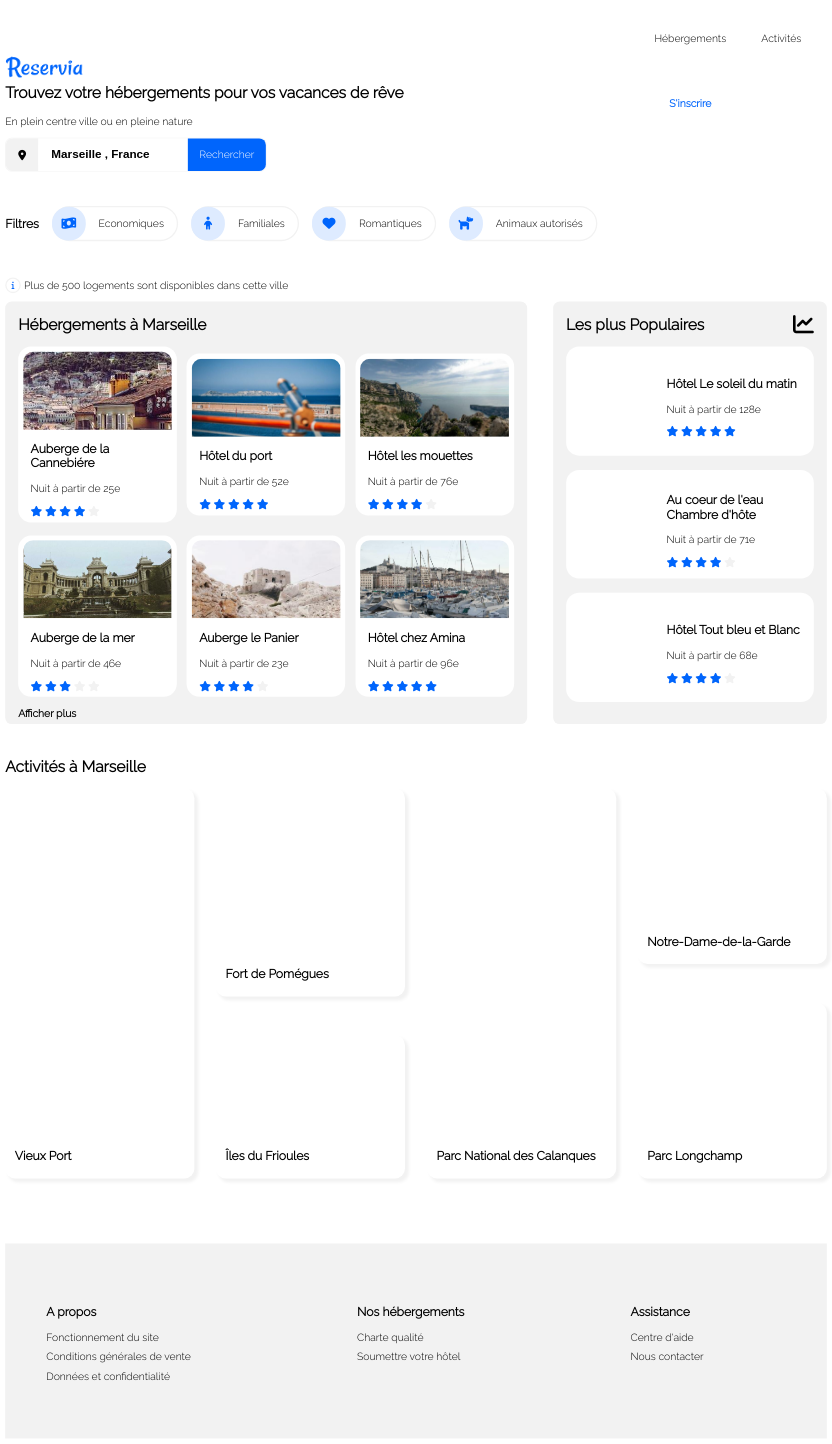
Repository: jaydeeonghub/DYLANBARBARISI_2_16062021
Page: index.html
An editor plug-in stored every save of this project. The page is shown before and after the next save, followed by the edit.
The browser window is 1280 px wide. The pictures show the whole page, at 65% of full size.
Some web libraries are served in a nearby version.

Above is the page before, as saved 2021-07-14 20:35:11.

After the next save:
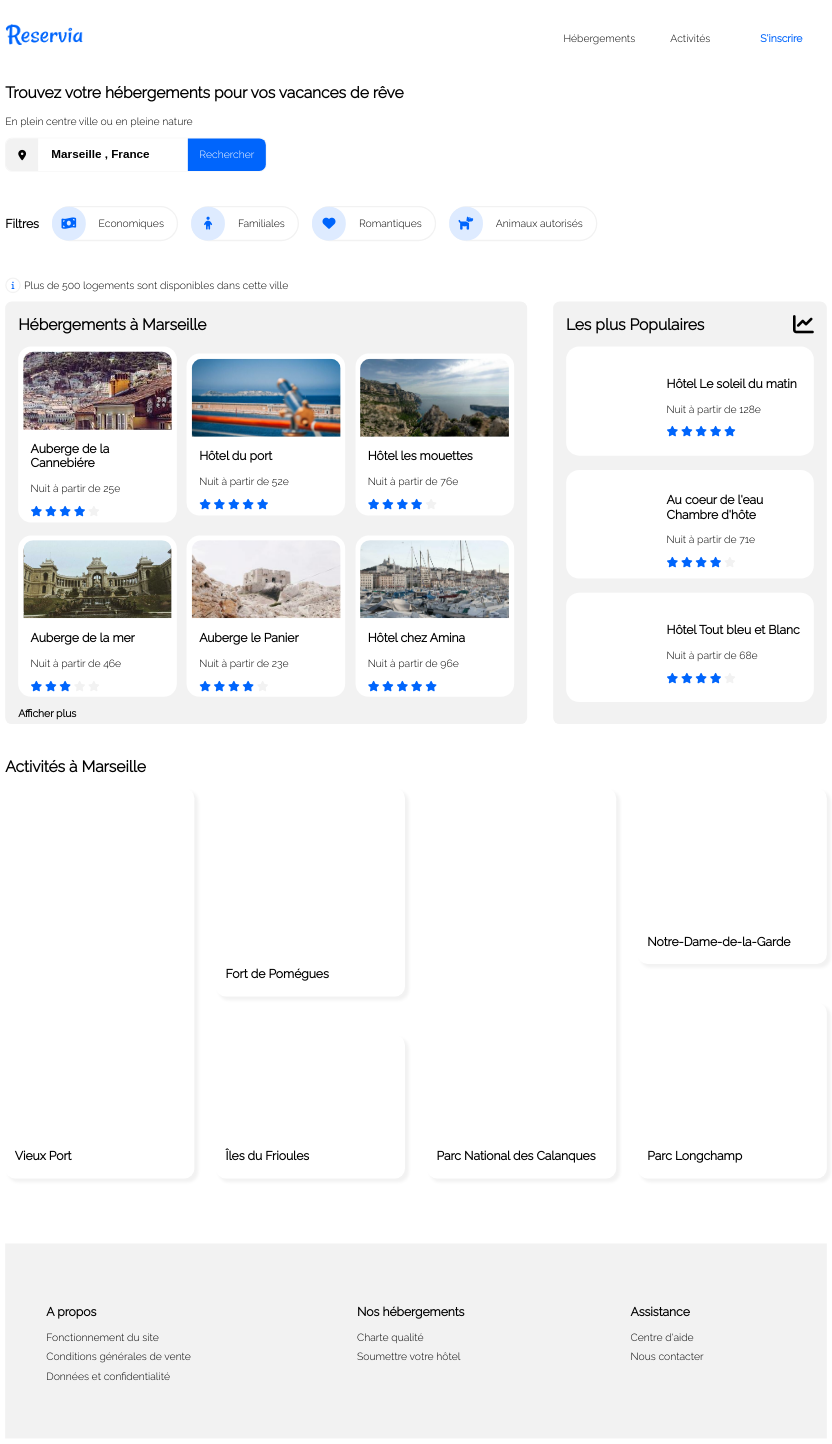
Saved 47 s later.
--- a/Styles.css
+++ b/Styles.css
@@ -16,6 +16,9 @@ body {
   display: flex;
   justify-content: space-between;
   align-items: center;
+}
+.flex {
+    display: flex;
 }
 .flexColumnCentre {
   display: flex;
